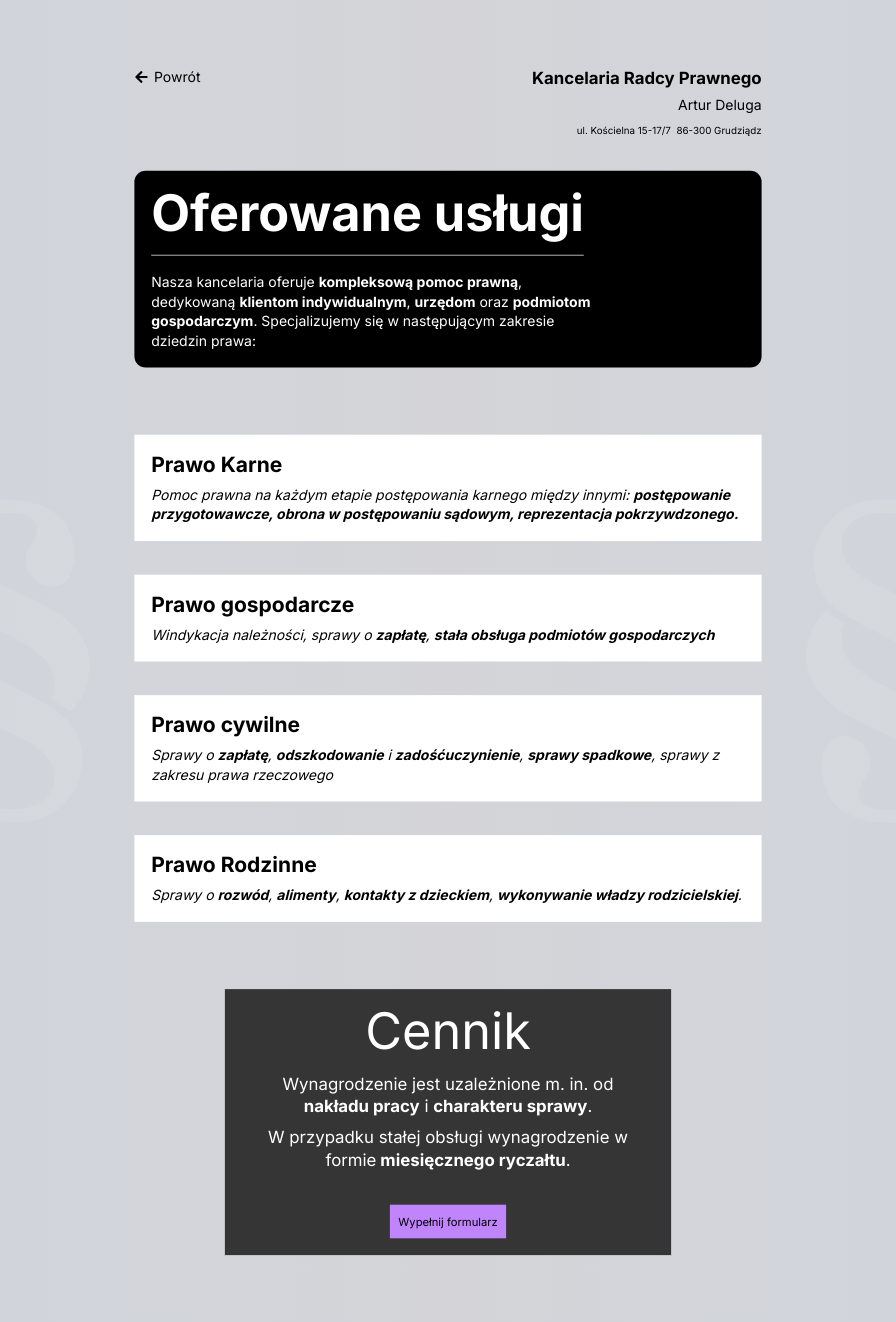
Repository: wesiudev/kancelaria-artur-deluga
Page: /oferta
An editor plug-in stored every save of this project. The page is shown before and after the next save, followed by the edit.
The browser window is 1280 px wide. The pictures show the whole page, at 70% of full size.
The project was rebuilt for these pictures with package versions that can differ from the ones it lists, and the page was loaded fresh each time. The framework's server and built-in components were replaced by stand-ins that run in the browser. Also part of the build but not shown: next.config.js.

Above is the page before, as saved 2023-08-09 16:34:23.

### app/layout.tsx
import "./globals.css";
import type { Metadata } from "next";
import { Inter } from "next/font/google";

const inter = Inter({ subsets: ["latin"] });

export const metadata: Metadata = {
  title: "Kancelaria Radcy Prawnego Artur Deluga",
  description:
    "Kancelaria Radcy Prawnego Grudziądz Prawo Karne, Pracwo cywilne, Prawo gospodarcze, Prawo Rodzinne. ul. Kościelna 15-17/7 86-300 Grudziądz. Pomoc prawna na każdym etapie postępowania karnego (postępowanie przygotowawcze, obrona w postępowaniu sądowym, reprezentacja pokrzywdzonego, etc.)",
  viewport: "width=device-width, initial-scale=1",
  icons: {
    icon: "/favicon.png",
  },
};

export default function RootLayout({
  children,
}: {
  children: React.ReactNode;
}) {
  return (
    <html lang="pl" className="scroll-smooth ">
      <body className={inter.className}>{children}</body>
    </html>
  );
}

### app/oferta/page.tsx
"use client";
import Image from "next/image";
import paragraphImage from "@/app/assets/paragraph.png";
import Link from "next/link";
import { FaArrowLeft } from "react-icons/fa";
import { useState } from "react";
const sendContactForm = async (data: any) =>
  fetch("/api/mail", {
    method: "POST",
    body: JSON.stringify(data),
    headers: { "Content-Type": "application/json", Accept: "application/json" },
  }).then((res) => {
    if (!res.ok) throw new Error("Failed to send message");
    return res.json();
  });

export default function OfferMobile() {
  const [isContactOpen, setContactOpen] = useState(false);
  const [firstName, setFirstName] = useState<string>("");
  const [email, setEmail] = useState<string>("");
  const [message, setMessage] = useState<string>("");

  const onSubmit = async () => {
    try {
      await sendContactForm({
        firstName: firstName,
        email: email,
        message: message,
      });
    } catch (error) {}
  };
  return (
    <div className="w-full mx-auto z-[2000] bg-gradient-to-r from-gray-300 via-zinc-300 to-gray-300 overflow-x-hidden text-black">
      <div className="flex flex-col space-x-[100px] min-h-screen items-center py-24">
        <div className="flex flex-col w-[85vw] lg:w-[70vw] 2xl:w-[60vw] min-h-screen justify-center ">
          <Image
            src={paragraphImage}
            alt="Paragraf obrazek w tle"
            width={224}
            height={224}
            className="fixed opacity-10 -left-24 "
          />
          <Image
            src={paragraphImage}
            alt="Paragraf obrazek w tle"
            width={224}
            height={224}
            className="fixed opacity-10 -right-24 rotate-180"
          />
          <div className="flex flex-col justify-between w-full">
            <div className="flex flex-row justify-between">
              <div className="w-1/2">
                <Link
                  className="group flex flex-row items-center mb-12 text-xl w-max"
                  href="/"
                >
                  <FaArrowLeft className="mr-2" />
                  <span className="hover:underline hover:underline-offset-4">
                    {" "}
                    Powrót
                  </span>
                </Link>
              </div>
              <div>
                <h1 className="text-xl lg:text-2xl text-right sm:text-left font-bold">
                  Kancelaria Radcy Prawnego
                </h1>
                <div className="w-full flex justify-end">
                  <h2 className="text-xl mb-12 lg:mb-0 mt-2">Artur Deluga</h2>
                </div>
                <div
                  className={` flex-row space-x-2 text-sm justify-end mt-3 mb-12 hidden lg:flex`}
                >
                  <div>ul. Kościelna 15-17/7</div>
                  <div>86-300 Grudziądz</div>
                </div>
              </div>
            </div>

            <div className="p-6 rounded-2xl bg-black text-white">
              <div className="w-max">
                <h1 className="w-max text-4xl md:text-5xl lg:text-7xl  font-bold">
                  Oferowane usługi
                </h1>
                <div className="h-px w-full my-6 bg-white" />
              </div>

              <h2 className="text-left text-xl w-full lg:w-3/4 ">
                Nasza kancelaria oferuje{" "}
                <span className="font-bold"> kompleksową pomoc prawną</span>,
                dedykowaną{" "}
                <span className="font-bold">klientom indywidualnym</span>,{" "}
                <span className="font-bold">urzędom</span> oraz{" "}
                <span className="font-bold">podmiotom gospodarczym</span>.
                Specjalizujemy się w następującym zakresie dziedzin prawa:
              </h2>
            </div>
          </div>
          <div className="relative text-black flex flex-col space-y-12 mt-24">
            <div className="max-h-[50vh] border-0 hover:scale-105 duration-300 hover:bg-opacity-100 cursor-default   bg-white  flex flex-col p-6 justify-between">
              <h1 className="text-xl lg:text-3xl font-bold">Prawo Karne</h1>
              <p className="text-sm sm:text-xl mt-3 italic">
                Pomoc prawna na każdym etapie postępowania karnego między
                innymi:{" "}
                <span className="font-bold">
                  postępowanie przygotowawcze, obrona w postępowaniu sądowym,
                  reprezentacja pokrzywdzonego.
                </span>
              </p>
            </div>
            <div className="max-h-[50vh] border-0 hover:scale-105 duration-300 hover:bg-opacity-100 cursor-default   bg-white  flex flex-col justify-between p-6">
              <h1 className="text-xl lg:text-3xl font-bold">
                Prawo gospodarcze
              </h1>
              <p className="text-sm sm:text-xl mt-3 italic">
                Windykacja należności, sprawy o{" "}
                <span className="font-bold">zapłatę</span>,{" "}
                <span className="font-bold">
                  stała obsługa podmiotów gospodarczych
                </span>
              </p>
            </div>

            <div className="max-h-[50vh] border-0 hover:scale-105 duration-300 hover:bg-opacity-100 cursor-default  bg-white  flex flex-col p-6 justify-between">
              <h1 className="text-xl lg:text-3xl font-bold">Prawo cywilne</h1>
              <p className="text-sm sm:text-xl mt-3 italic">
                Sprawy o <span className="font-bold">zapłatę</span>,{" "}
                <span className="font-bold">odszkodowanie</span> i{" "}
                <span className="font-bold">zadośćuczynienie</span>,{" "}
                <span className="font-bold">sprawy spadkowe</span>, sprawy z
                zakresu prawa rzeczowego
              </p>
            </div>
            <div className="max-h-[50vh] border-0 hover:scale-105 duration-300 hover:bg-opacity-100 cursor-default   bg-white  flex flex-col p-6 justify-between">
              <h1 className="text-xl lg:text-3xl font-bold">Prawo Rodzinne</h1>
              <p className="text-sm sm:text-xl mt-3 italic">
                Sprawy o <span className="font-bold">rozwód</span>,{" "}
                <span className="font-bold">alimenty</span>,{" "}
                <span className="font-bold">kontakty z dzieckiem</span>,{" "}
                <span className="font-bold">
                  wykonywanie władzy rodzicielskiej
                </span>
                .
              </p>
            </div>
          </div>
          <div className="text-white flex flex-col h-max my-auto px-3 lg:px-12 border-l border-r border-white  text-center relative w-[85vw] mt-12 lg:w-[50vw] lg:mx-auto lg:mt-24 lg:bg-black lg:bg-opacity-75 lg:py-6">
            <h1 className="text-5xl lg:text-7xl ">Cennik</h1>
            <p className="mt-6 text-base lg:text-2xl">
              Wynagrodzenie jest uzależnione m. in. od{" "}
              <span className="font-bold"> nakładu pracy</span> i{" "}
              <span className="font-bold">charakteru sprawy</span>.
            </p>
            <p className="mt-3 text-sm lg:text-2xl">
              W przypadku stałej obsługi wynagrodzenie w formie
              <span className="font-bold"> miesięcznego ryczałtu</span>.
            </p>
            <button
              onClick={() => setContactOpen(true)}
              className=" p-3 bg-purple-400 hover:bg-purple-300 duration-300 text-black mt-12 w-max mx-auto"
            >
              Wypełnij formularz
            </button>
          </div>
          <div
            className={` flex-row space-x-2 text-sm justify-center mt-12 flex lg:hidden z-[1000]`}
          >
            <div>ul. Kościelna 15-17/7</div>
            <div>86-300 Grudziądz</div>
          </div>
        </div>
      </div>
      <div
        className={`w-[80vw] fixed left-[50%] -translate-x-[50%] top-[50%] -translate-y-[50%] bg-gradient-to-bl from-black to-zinc-800 lg:w-max h-max px-12 rounded-3xl py-6 duration-300 ${
          isContactOpen ? "z-[2000] opacity-100" : "z-[-1000] opacity-0"
        }`}
      >
        <h1 className="text-3xl text-center">Kontakt</h1>

        <div className="flex flex-col space-y-3 mt-6 lg:mt-12">
          <div className="flex flex-col lg:flex-row lg:space-x-3">
            <div className="flex flex-col">
              Imię{" "}
              <input
                onChange={(e) => setFirstName(e.target.value)}
                value={firstName}
                id="fName"
                type="text"
                className="mt-2 text-black"
              />
            </div>
            <div className="flex flex-col mt-3 lg:mt-0">
              Email{" "}
              <input
                onChange={(e) => setEmail(e.target.value)}
                value={email}
                type="text"
                className="mt-2 text-black"
              />
            </div>
          </div>
          <div className="flex flex-col mt-2">
            Treść{" "}
            <textarea
              onChange={(e) => setMessage(e.target.value)}
              value={message}
              className="h-full resize-none text-black"
            ></textarea>
          </div>
        </div>
        <div className="w-full flex space-x-3">
          <button
            onClick={() => setContactOpen(false)}
            className="w-1/2 hover:underline py-2 mt-8"
          >
            Powrót
          </button>
          <button
            onClick={onSubmit}
            className="w-1/2 bg-purple-400 hover:bg-purple-300 duration-300 py-2 mt-8"
          >
            Wyślij
          </button>
        </div>
      </div>
    </div>
  );
}

### app/globals.css
@tailwind base;
@tailwind components;
@tailwind utilities;

:root {
  --foreground-rgb: 0, 0, 0;
  --background-start-rgb: 214, 219, 220;
  --background-end-rgb: 255, 255, 255;
}

@media (prefers-color-scheme: dark) {
  :root {
    --foreground-rgb: 255, 255, 255;
    --background-start-rgb: 0, 0, 0;
    --background-end-rgb: 0, 0, 0;
  }
}

body {
  color: rgb(var(--foreground-rgb));
  background: linear-gradient(
      to bottom,
      transparent,
      rgb(var(--background-end-rgb))
    )
    rgb(var(--background-start-rgb));
}

.expand {
  position: relative;
  text-decoration: none;
  display: inline-block;
}
.expand:after {
  display: block;
  content: "";
  border-bottom: solid 3px white;
  transform: scaleX(0);
  transition: transform 250ms ease-in-out;
  transform-origin: 100% 50%;
}
.expand:hover:after {
  transform: scaleX(1);
  transform-origin: 0 50%;
}

.caps {
  font-variant: small-caps;
}
html {
  scroll-behavior: smooth;
  color: #1a1a1a;
}

Loaded but not shown: tailwind.config.js (common file)

After the next save:
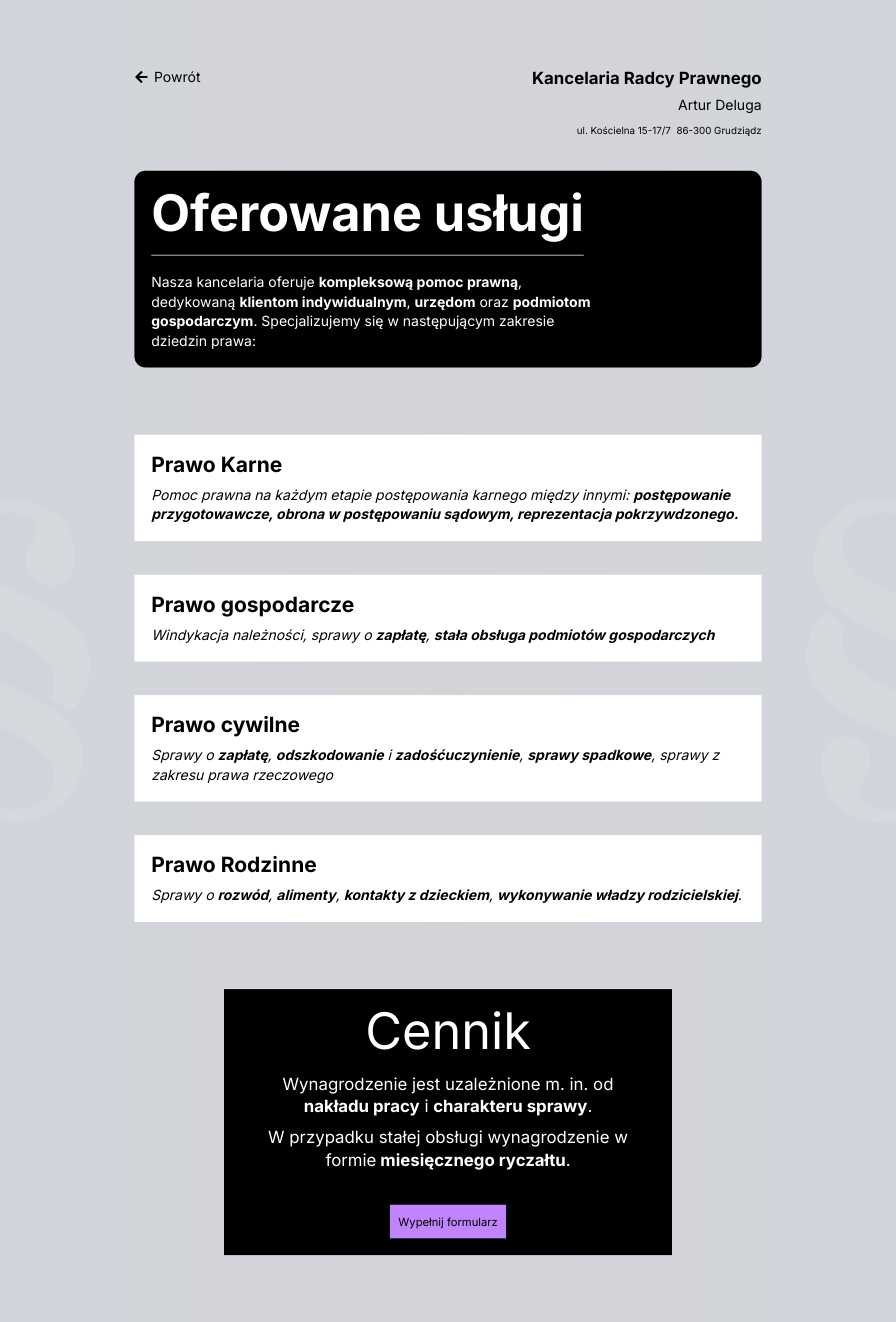
Saved 19 s later.
--- a/app/oferta/page.tsx
+++ b/app/oferta/page.tsx
@@ -144,7 +144,7 @@ export default function OfferMobile() {
               </p>
             </div>
           </div>
-          <div className="text-white flex flex-col h-max my-auto px-3 lg:px-12 border-l border-r border-white  text-center relative w-[85vw] mt-12 lg:w-[50vw] lg:mx-auto lg:mt-24 lg:bg-black lg:bg-opacity-75 lg:py-6">
+          <div className="text-white flex flex-col h-max my-auto px-3 lg:px-12  text-center relative w-[85vw] mt-12 lg:w-[50vw] lg:mx-auto lg:mt-24 bg-black  lg:py-6">
             <h1 className="text-5xl lg:text-7xl ">Cennik</h1>
             <p className="mt-6 text-base lg:text-2xl">
               Wynagrodzenie jest uzależnione m. in. od{" "}
